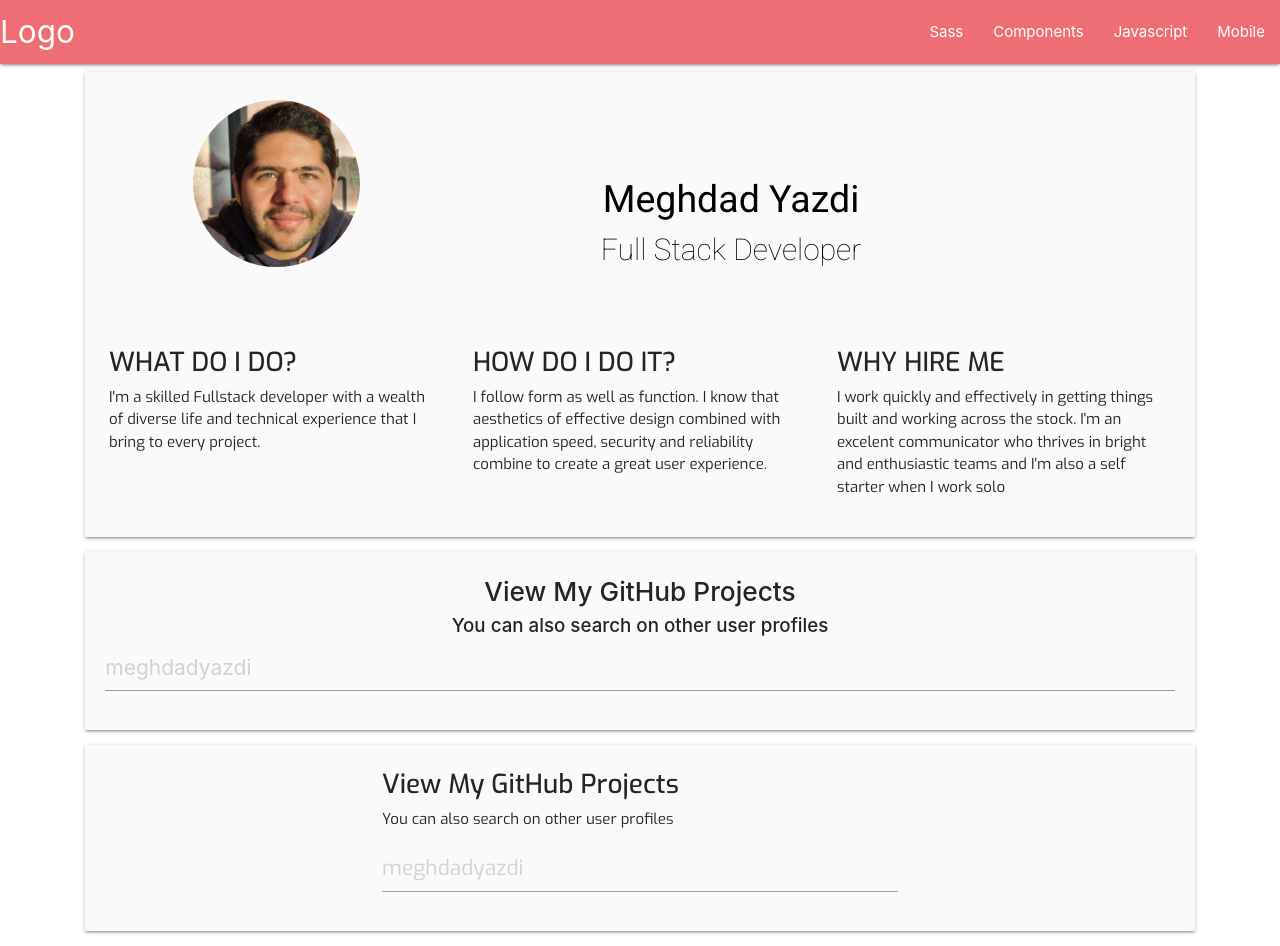
Repository: meghdadyazdi/SD_Res
Page: index.html
The author's editor kept a record of every edit. The page is drawn from the files as they stood at one moment, then again after the next edit.
The browser window is 1280 px wide. The pictures show the whole page.

Above is the page before.
Console error: ReferenceError: $ is not defined

### index.html
<!DOCTYPE html>
<html lang="en">
<head>
    <meta charset="UTF-8">
    <meta name="viewport" content="width=device-width, initial-scale=1.0">
    <meta http-equiv="X-UA-Compatible" content="ie=edge">
    <link rel="stylesheet" href="https://cdnjs.cloudflare.com/ajax/libs/materialize/1.0.0/css/materialize.min.css">
    <link rel="stylesheet" href="assets/style.css" type="text/css" />
    <link href="https://fonts.googleapis.com/css?family=Raleway:100,100i,200,200i,300,300i,400,400i,500,500i,600,600i,700,700i,800,800i,900,900i&display=swap&subset=latin-ext" rel="stylesheet">
    <link rel="stylesheet" href="https://stackpath.bootstrapcdn.com/bootstrap/4.4.1/css/bootstrap.min.css" integrity="sha384-Vkoo8x4CGsO3+Hhxv8T/Q5PaXtkKtu6ug5TOeNV6gBiFeWPGFN9MuhOf23Q9Ifjh" crossorigin="anonymous">
    <link href="https://fonts.googleapis.com/css?family=Roboto+Slab:400,700&display=swap" rel="stylesheet">
    <link href="https://fonts.googleapis.com/css?family=Dosis&display=swap" rel="stylesheet">
    <script type="text/javascript" src="assets/js/github-information.js"></script>
    <title>Meghdad Yazdi's Resume</title>
</head>
<body>



   <nav>
    <div class="nav-wrapper">
      <a href="#!" class="brand-logo">Logo</a>
      <a href="#" data-target="mobile-demo" class="sidenav-trigger"><i class="material-icons">menu</i></a>
      <ul class="right hide-on-med-and-down">
        <li><a href="sass.html">Sass</a></li>
        <li><a href="badges.html">Components</a></li>
        <li><a href="collapsible.html">Javascript</a></li>
        <li><a href="mobile.html">Mobile</a></li>
      </ul>
    </div>
    <ul class="sidenav" id="mobile-demo">
    <li><a href="sass.html">Sass</a></li>
    <li><a href="badges.html">Components</a></li>
    <li><a href="collapsible.html">Javascript</a></li>
    <li><a href="mobile.html">Mobile</a></li>
  </ul>
  </nav>


<section class="container">
        <div class="card-panel grey lighten-5 z-depth-1">
          <div class="row valign-wrapper">
            <div class="col-sm-4 center">
              <!--<div class="col my_img">-->
              <img src="assets/images/meghdad_res2.jpg" alt="" class="circle responsive-img center"> <!-- notice the "circle" class -->
            <!--</div>-->
            </div>
            <div class="col-sm-6">
              <div class="row">
              <div class="col s12 center">
              <span class="black-text name_font">
                Meghdad Yazdi
              </span>
              </div>
                <div class="col-sm-12 center">
                <span class="black-text my_font">
                Full Stack Developer
              </span>
              </div>
            </div>
            </div>
            <div class="col-sm-2">
          </div>
          </div>
          <div class="row">
            <div class="col-sm-6 col-md-4 text_font">
            <h3>WHAT DO I DO?</h3>
            <p>
              I'm a skilled Fullstack developer with a wealth of diverse life and technical experience that I bring to every project.
            </p>
            </div>
            <div class="col-sm-6 col-md-4 text_font">
              <h3>HOW DO I DO IT?</h3>
            <p>
              I follow form as well as function. I know that aesthetics of effective design combined with application speed, security and reliability combine to create a great user experience.
            </p>
            </div>
            <div class="col-sm-6 col-md-4 text_font">
              <h3>WHY HIRE ME</h3>
            <p>
              I work quickly and effectively in getting things built and working across the stock. I'm an excelent communicator who thrives in bright and enthusiastic teams and I'm also a self starter when I work solo
            </p>
            </div>
          </div>
        </div>
</section>

<section class="container">
        <div class="card-panel grey lighten-5 z-depth-1">

            <div class="row bg-color-contact">
            <div class="col">
                <h3 class="contact-heading uppercase text-center">View My GitHub Projects</h3>
                <h5 class="uppercase text-center">You can also search on other user profiles</h5>
                <div class="center-form">
                    <input type="text" id="gh-username" placeholder="meghdadyazdi" value="" oninput="fetchGitHubInformation()" />
                    <div id="gh-user-data"></div>
                    <div id="gh-repo-data"></div>
                </div>
            </div>
        </div>
        </div>
</section>

<section class="container">
        <div class="card-panel grey lighten-5 z-depth-1">
            <div class="row bg-color-contact">

              <div class="col-md-6 offset-md-3 center-form text_font">
              <h3>View My GitHub Projects</h3>
            <p>
              You can also search on other user profiles
            </p>

            </div>
            <div class="col-md-6 offset-md-3 center-form text_font">
                    <input type="text" id="gh-username" placeholder="meghdadyazdi" value="" oninput="fetchGitHubInformation()" />
                    <div id="gh-user-data"></div>
                    <div id="gh-repo-data"></div>
              </div>
        </div>
        </div>
</section>












</body>
<script src="https://cdnjs.cloudflare.com/ajax/libs/jquery/3.4.1/jquery.min.js" integrity="sha256-CSXorXvZcTkaix6Yvo6HppcZGetbYMGWSFlBw8HfCJo=" crossorigin="anonymous"></script>
<script src="https://cdnjs.cloudflare.com/ajax/libs/materialize/1.0.0/js/materialize.min.js"></script>
<script type="text/javascript" src="assets/js/jquery.js"></script>
</html>

### assets/style.css
@import url('https://fonts.googleapis.com/css?family=Roboto:100,200,300,400,500,600,700|Exo:100,200,300,400,500,600,700');


.row .col.m2 {
    width: 50%;
    margin: 0;
}
.row .col.s12 {
    width: 50%;
    margin: 0;
}
.card-panel{
    position: relative;
}
.dark-bg{
    background-color: #676767;
}
.center {
  display: block;
  margin-left: auto;
  margin-right: auto;
  width: 50%;
}

img.responsive-img, video.responsive-video {
    max-width: 50%;
    /*position: absolute;*/
    /*top: 50%;*/
    /*left: 50%;*/
    /*margin-right: -50%;*/
    /*transform: translate(-50%, -50%)*/
}
.name_font{
    /*font-family: 'Dosis', sans-serif;*/
    font-family: "Roboto", sans-serif;
    font-size: 2.5rem;
    font-weight: 400;
    text-align: center;
}
.my_font{
    /*font-family: 'Dosis', sans-serif;*/
    font-family: "Roboto", sans-serif;
    font-size: 2rem;
    /*text-align: center;*/
    font-weight: 100;
}
.text_font{
    /*font-family: 'Dosis', sans-serif;*/
    font-family: "Exo", sans-serif;
    font-size: 1rem;
    /*text-align: center;*/
    font-weight: 400;
}
.row{
    margin: 0;
}

.m0{
  margin: 0 !important;
}

.p0{
  padding: 0 !important;
}

.row .col-sm-6{
  margin-top: 5rem;
}

a:hover {
    color: #fff !important;
    text-decoration: none !important;
}






#search-area {
  display: block;
  max-width: 70%;
  margin: 0 auto;
  background: #fff;
  padding: 15px 25px;
  -webkit-box-shadow: 1px 2px 3px -1px rgba(0, 0, 0, 0.4);
  -moz-box-shadow: 1px 2px 3px -1px rgba(0, 0, 0, 0.4);
  box-shadow: 1px 2px 3px -1px rgba(0, 0, 0, 0.4);
  -webkit-border-radius: 4px;
  -moz-border-radius: 4px;
  border-radius: 4px;
}

#gh-api-data {
  display: block;
  padding: 25px 0;
}

#loader {
  display: block;
  width: 200px;
  height: 200px;
  margin: 0 auto;
}


/* page content styles */

.small-name {
  font-size: 0.75em;
  color: #a9a9a9;
  font-style: italic;
}

.avi {
  float: left;
  margin-right: 7px;
  margin-bottom: 7px;
}

.avi img {
  border: 1px solid #ccc;
  padding: 3px;
}

.repo-list {
  display: block;
  clear: both;
  width: 100%;
}

.repo-list ul {
  font-size: 1.2em;
}

.repo-list ul li {
  display: block;
}

.repo-list ul li a {
  font-weight: bold;
  padding: 6px 9px;
  display: block;
  float: left;
  margin-right: 10px;
  margin-bottom: 10px;
  text-decoration: none;
  border: 1px solid #356492;
  -webkit-border-radius: 3px;
  -moz-border-radius: 3px;
  border-radius: 3px;
  color: #fff;
  background-color: #3673af;
  background-image: -webkit-gradient(linear, left top, left bottom, from(#5597d8), to(#3673af));
  background-image: -webkit-linear-gradient(top, #5597d8, #3673af);
  background-image: -moz-linear-gradient(top, #5597d8, #3673af);
  background-image: -ms-linear-gradient(top, #5597d8, #3673af);
  background-image: -o-linear-gradient(top, #5597d8, #3673af);
  background-image: linear-gradient(top, #5597d8, #3673af);
}

.repo-list ul li a:hover {
  background-color: #396895;
  background-image: -webkit-gradient(linear, left top, left bottom, from(#4b87c2), to(#396895));
  background-image: -webkit-linear-gradient(top, #4b87c2, #396895);
  background-image: -moz-linear-gradient(top, #4b87c2, #396895);
  background-image: -ms-linear-gradient(top, #4b87c2, #396895);
  background-image: -o-linear-gradient(top, #4b87c2, #396895);
  background-image: linear-gradient(top, #4b87c2, #396895);
}

.repo-list ul li a:active {
  -webkit-box-shadow: inset 0 3px 5px rgba(0, 0, 0, 0.25);
  -moz-box-shadow: inset 0 3px 5px rgba(0, 0, 0, 0.25);
  box-shadow: inset 0 3px 5px rgba(0, 0, 0, 0.25);
}

.repo-list ul li a span {
  font-family: "Courier New", Courier, "Lucida Typewriter", monospace;
  font-size: 0.9em;
}

/* input field */

#gh-username {
  display: block;
  padding: 0;
  font-size: 1.4em;
  color: #666;
  /*max-width: 550px;*/
  margin-bottom: 15px;
}


#gh-submit {
  display: inline-block;
  padding: 8px 18px;
  font-size: 14px;
  font-weight: bold;
  color: #444;
  text-decoration: none;
  text-shadow: 0 1px 0 rgba(255, 255, 255, 0.8);
  background-color: #eaeaea;
  background-image: -webkit-linear-gradient(#fafafa, #eaeaea);
  background-image: -moz-linear-gradient(#fafafa, #eaeaea);
  background-image: -ms-linear-gradient(top, #fafafa, #eaeaea);
  background-image: -o-linear-gradient(top, #fafafa, #eaeaea);
  background-image: linear-gradient(#fafafa, #eaeaea);
  border-radius: 3px;
  border: 1px solid #ddd;
  border-bottom-color: #c5c5c5;
  -webkit-box-shadow: 0 1px 3px rgba(0, 0, 0, 0.05);
  -moz-box-shadow: 0 1px 3px rgba(0, 0, 0, 0.05);
  box-shadow: 0 1px 3px rgba(0, 0, 0, 0.05);
}

#gh-submit:hover {
  background-color: #dadada;
  background-image: -webkit-linear-gradient(#eaeaea, #dadada);
  background-image: -moz-linear-gradient(#eaeaea, #dadada);
  background-image: -ms-linear-gradient(top, #eaeaea, #dadada);
  background-image: -o-linear-gradient(top, #eaeaea, #dadada);
  background-image: linear-gradient(#eaeaea, #dadada);
  border-color: #ccc #ccc #b5b5b5;
}

#gh-submit:active {
  background-color: #dadada;
  background-image: none;
  border-color: #b5b5b5;
  -webkit-box-shadow: inset 0 3px 5px rgba(0, 0, 0, 0.25);
  -moz-box-shadow: inset 0 3px 5px rgba(0, 0, 0, 0.25);
  box-shadow: inset 0 3px 5px rgba(0, 0, 0, 0.25);
}

### assets/js/github-information.js
function userInformationHTML(user) {
    return `
        <h2>${user.name}
            <span class="small-name">
                (@<a href="${user.html_url}" target="_blank">${user.login}</a>)
            </span>
        </h2>
        <div class="gh-content">
            <div class="gh-avatar">
                <a href="${user.html_url}" target="_blank">
                    <img src="${user.avatar_url}" width="80" height="80" alt="${user.login}" />
                </a>
            </div>
            <p>Followers: ${user.followers} - Following ${user.following} <br> Repos: ${user.public_repos}</p>
        </div>`;
}

function repoInformationHTML(repos) {
    if (repos.length == 0) {
        return `<div class="clearfix repo-list">No repos!</div>`;
    }

    var listItemsHTML = repos.map(function(repo) {
        return `<li>
                    <a href="${repo.html_url}" target="_blank">${repo.name}</a>
                </li>`;
    });

    return `<div class="clearfix repo-list">
                <p>
                    <strong>Repo List:</strong>
                </p>
                <ul>
                    ${listItemsHTML.join("\n")}
                </ul>
            </div>`;
}

function fetchGitHubInformation(event) {
    $("#gh-user-data").html("");
    $("#gh-repo-data").html("");

    var username = $("#gh-username").val();
    if (!username) {
        $("#gh-user-data").html(`<h6>Please enter a GitHub username</h6>`);
        return;
    }

    $("#gh-user-data").html(
        `<div id="loader">
            <img src="images/loader.gif" alt="loading..." />
        </div>`);

    $.when(
        $.getJSON(`https://api.github.com/users/${username}`),
        $.getJSON(`https://api.github.com/users/${username}/repos`)
    ).then(
        function(firstResponse, secondResponse) {
            var userData = firstResponse[0];
            var repoData = secondResponse[0];
            $("#gh-user-data").html(userInformationHTML(userData));
            $("#gh-repo-data").html(repoInformationHTML(repoData));
        },
        function(errorResponse) {
            if (errorResponse.status === 404) {
                $("#gh-user-data").html(
                    `<h2>No info found for user ${username}</h2>`);
            } else if (errorResponse.status === 403) {
                var resetTime = new Date(errorResponse.getResponseHeader('X-RateLimit-Reset') * 1000);
                $("#gh-user-data").html(`<h4>Too many requests, please wait until ${resetTime.toLocaleTimeString()}</h4>`);
            }
            else {
                console.log(errorResponse);
                $("#gh-user-data").html(
                    `<h2>Error: ${errorResponse.responseJSON.message}</h2>`);
            }
        });
}

$(document).ready(fetchGitHubInformation);

Loaded but not shown: assets/js/jquery.js (no copy from this time; the picture is the same without it)

After the next edit:
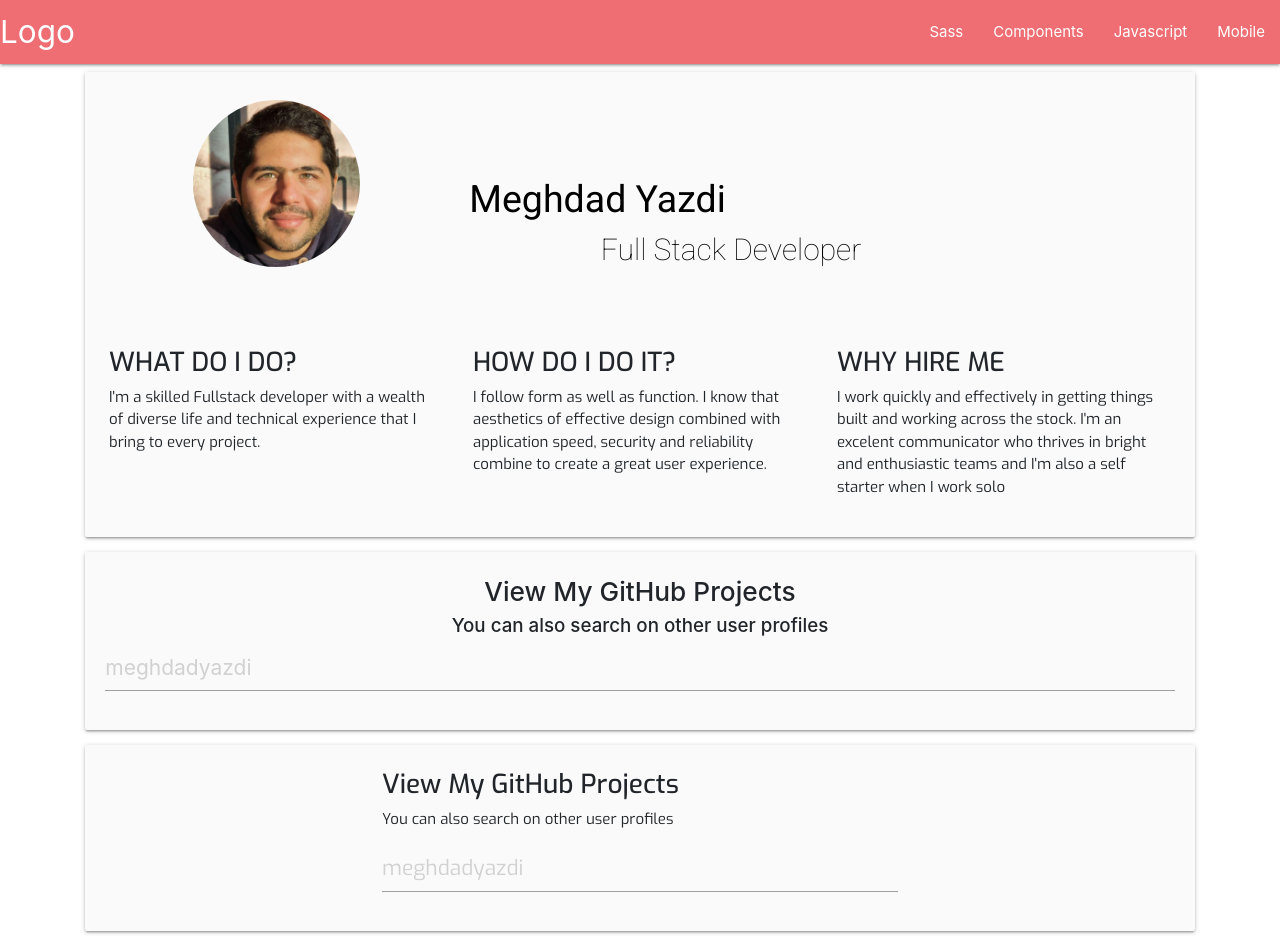
The edit:
--- a/index.html
+++ b/index.html
@@ -47,7 +47,7 @@
             </div>
             <div class="col-sm-6">
               <div class="row">
-              <div class="col s12 center">
+              <div class="col s12 ">
               <span class="black-text name_font">
                 Meghdad Yazdi
               </span>

After the edit that followed:
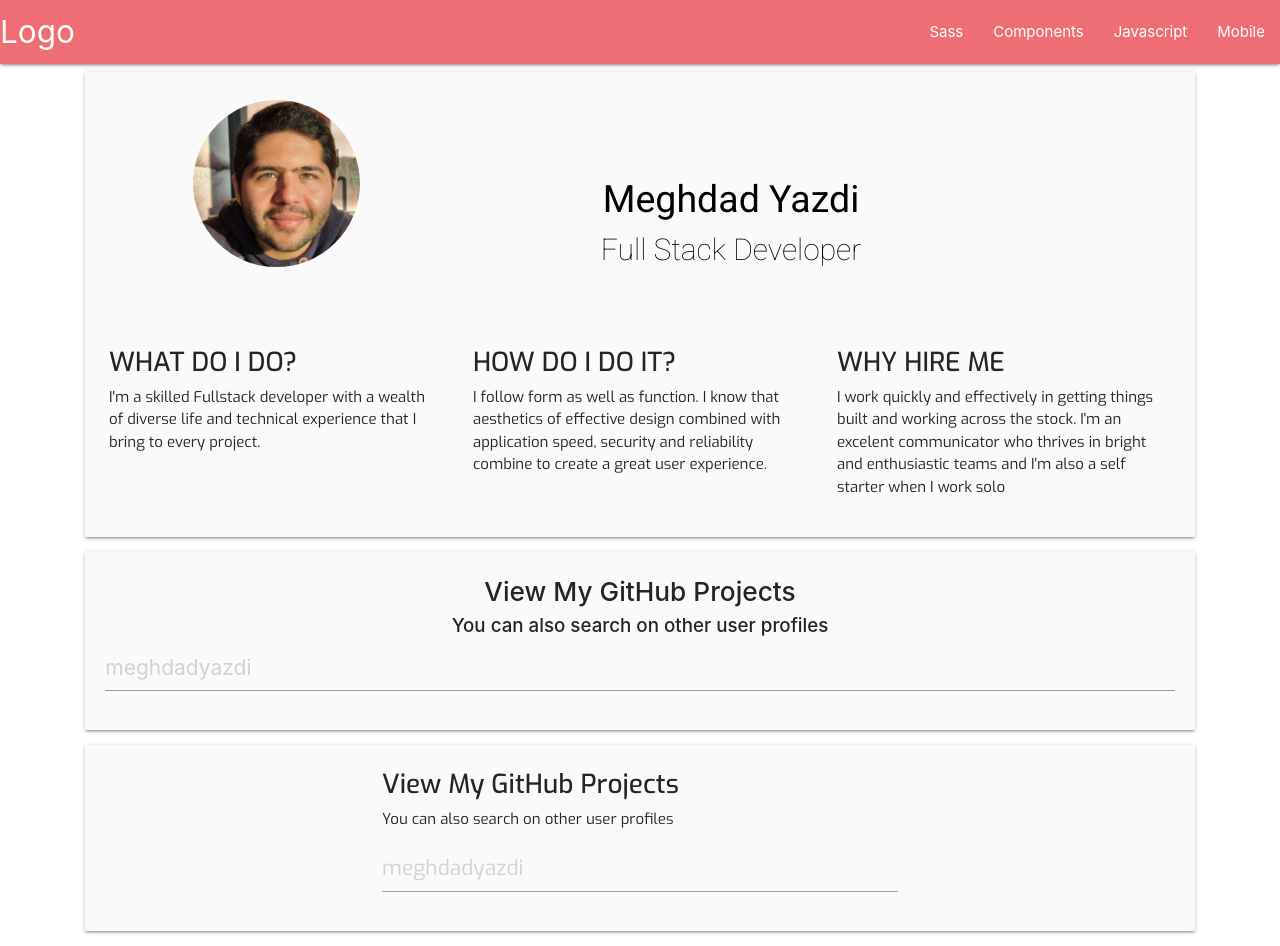
The edit:
--- a/index.html
+++ b/index.html
@@ -45,7 +45,7 @@
               <img src="assets/images/meghdad_res2.jpg" alt="" class="circle responsive-img center"> <!-- notice the "circle" class -->
             <!--</div>-->
             </div>
-            <div class="col-sm-6">
+            <div class="col-sm-6 center">
               <div class="row">
               <div class="col s12 ">
               <span class="black-text name_font">
